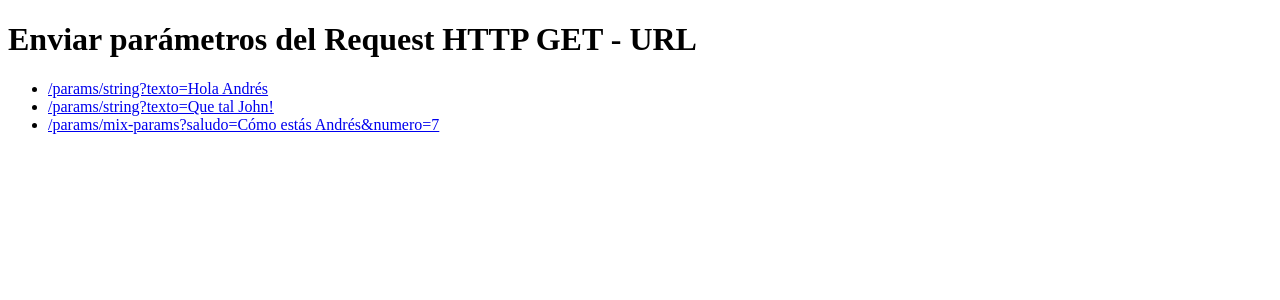
Repository: kaibalam/spring-repos
Page: http://localhost/params/index
An editor plug-in stored every save of this project. The page is shown before and after the next save, followed by the edit.
The browser window is 1280 px wide. The pictures show the whole page.
The page is this project's Thymeleaf template; nobody is signed in. The template is opened directly, without the code that normally fills it, so the values that code supplies are empty.

Above is the page before, as saved 2024-02-26 22:57:15.

After the next save:
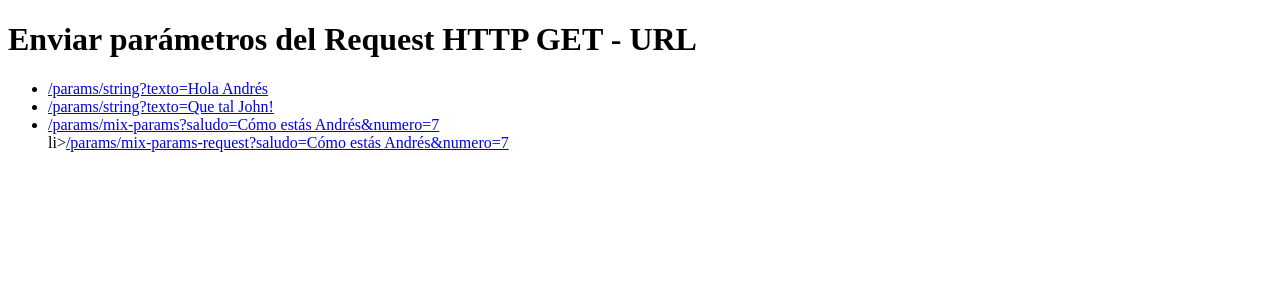
Saved 40 s later.
--- a/spring-boot-web/src/main/resources/templates/params/index.html
+++ b/spring-boot-web/src/main/resources/templates/params/index.html
@@ -13,7 +13,8 @@
 		<li><a th:href="@{/params/string(texto='Que tal John!')}">/params/string?texto=Que tal John!</a></li>
 		<li><a th:href="@{/params/mix-params(saludo='Cómo estás Andrés', numero=7)}">/params/mix-params?saludo=Cómo
 				estás Andrés&numero=7</a></li>
-
+		li><a th:href="@{/params/mix-params-request(saludo='Cómo estás Andrés', numero=7)}">/params/mix-params-request?saludo=Cómo
+			estás Andrés&numero=7</a></li>
 	</ul>
 </body>
 
